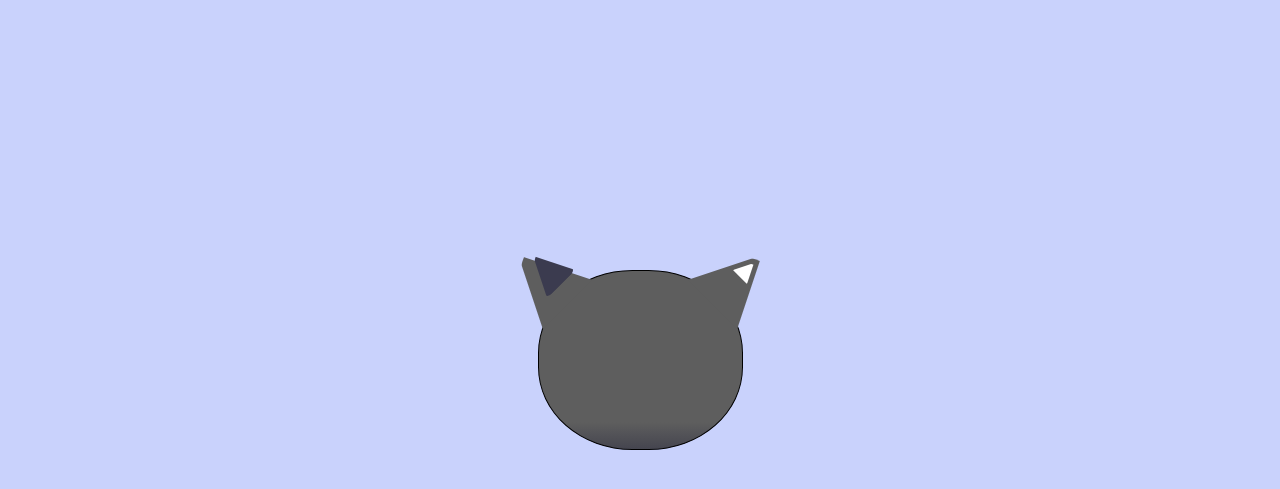
Repository: Lungdjos/cat_painting
Page: index.html
An editor plug-in stored every save of this project. The page is shown before and after the next save, followed by the edit.
The browser window is 1280 px wide. The pictures show the whole page.

Above is the page before, as saved 2023-11-08 16:55:23.

### index.html
<!DOCTYPE html>
<html lang="en">

<head>
    <meta charset="UTF-8">
    <meta name="viewport" content="width=device-width, initial-scale=1.0">
    <title>fCC Cat Painting</title>
    <link rel="stylesheet" href="./styles.css">
</head>

<body>
    <main>
        <div class="cat-head">
            <div class="cat-ears">
                <div class="cat-right-ear">
                    <div class="cat-right-inner-ear"></div>
                </div>
                <div class="cat-left-ear">
                    <div class="cat-left-inner-ear"></div>
                </div>
            </div>
        </div>
        <!-- <div class="box"></div> -->
    </main>

</body>

</html>

### styles.css
* {
    box-sizing: border-box;
}

body {
    background-color: #c9d2fc;
}

.cat-head {
    position: absolute;
    right: 0;
    left: 0;
    top: 0;
    bottom: 0;
    margin: auto;
    background: linear-gradient(#5e5e5e 85%, #45454f 100%);
    width: 205px;
    height: 180px;
    border: 1px solid #000;
    border-radius: 46%;
}

.cat-left-ear {
    position: absolute;
    top: -26px;
    left: -31px;
    z-index: 1;
    border-top-left-radius: 90px;
    border-top-right-radius: 10px;
    transform: rotate(-45deg);
    border-left: 35px solid transparent;
    border-right: 35px solid transparent;
    border-bottom: 70px solid #5e5e5e;
}

.cat-right-ear {
    position: absolute;
    top: -26px;
    left: 163px;
    transform: rotate(45deg);
    border-top-left-radius: 90px;
    border-top-right-radius: 10px;
    border-left: 35px solid transparent;
    border-right: 35px solid transparent;
    border-bottom: 70px solid #5e5e5e;
    z-index: 1;
}

.cat-left-inner-ear {
    border-left: 20px solid transparent;
    border-right: 20px solid transparent;
    border-bottom: 40px solid #3b3b4f;
    position: absolute;
    top: 22px;
    left: -20px;
    border-top-right-radius: 10px;
    border-top-left-radius: 90px;
    border-bottom-left-radius: 40%;
    border-bottom-right-radius: 40%;
}

.cat-right-inner-ear {
    border-left: 20px solid transparent;
    border-right: 20px solid transparent;
    border-bottom: 40px solid #3b3b4f;
    position: absolute;
    top: 22px;
    left: -20px;
    border-top-right-radius: 10px;
    border-top-left-radius: 90px;
    border-bottom-left-radius: 40%;
    border-bottom-right-radius: 40%;
}

.cat-left-inner-ear {
    border-left: 20px solid transparent;
    border-right: 20px solid transparent;
    border-bottom: 40px solid #3b3b4f;
    position: absolute;
    top: 11px;
    left: -10px;
    border-top-right-radius: 10px;
    border-top-left-radius: 90px;
    border-bottom-left-radius: 40%;
    border-bottom-right-radius: 40%;
}

.cat-right-inner-ear {
    border-left: 10px solid transparent;
    border-right: 10px solid transparent;
    border-bottom: 20px solid #fff;
    position: absolute;
    top: 11px;
    left: -10px;
    border-top-right-radius: 10px;
    border-top-left-radius: 90px;
    border-bottom-left-radius: 40%;
    border-bottom-right-radius: 40%;
}

After the next save:
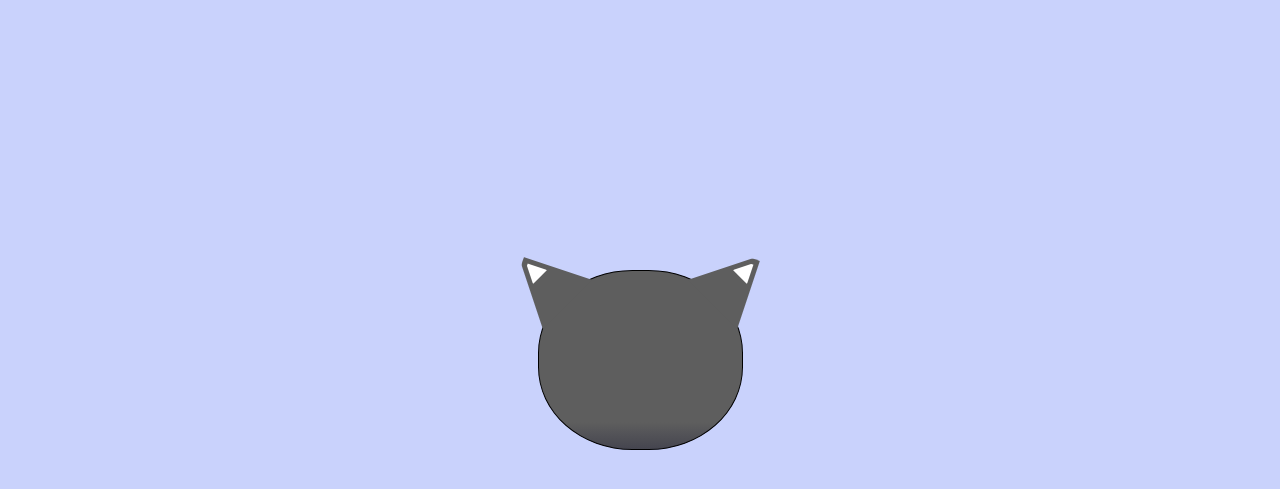
Saved 24 s later.
--- a/styles.css
+++ b/styles.css
@@ -73,9 +73,9 @@ body {
 }
 
 .cat-left-inner-ear {
-    border-left: 20px solid transparent;
-    border-right: 20px solid transparent;
-    border-bottom: 40px solid #3b3b4f;
+    border-left: 10px solid transparent;
+    border-right: 10px solid transparent;
+    border-bottom: 20px solid #fff;
     position: absolute;
     top: 11px;
     left: -10px;
